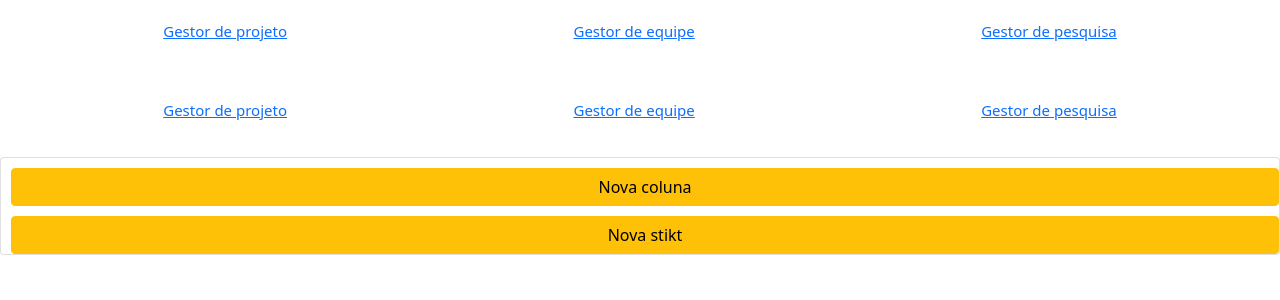
Repository: shadowruge/kanban
Page: index.html
The author's editor kept a copy of each file at every save. The page is drawn from the files as they stood at one save, then again after a run of saves.
The browser window is 1280 px wide. The pictures show the whole page.

Above is the page before, as saved 2021-06-12 20:04:13.

After the next 2 saves:
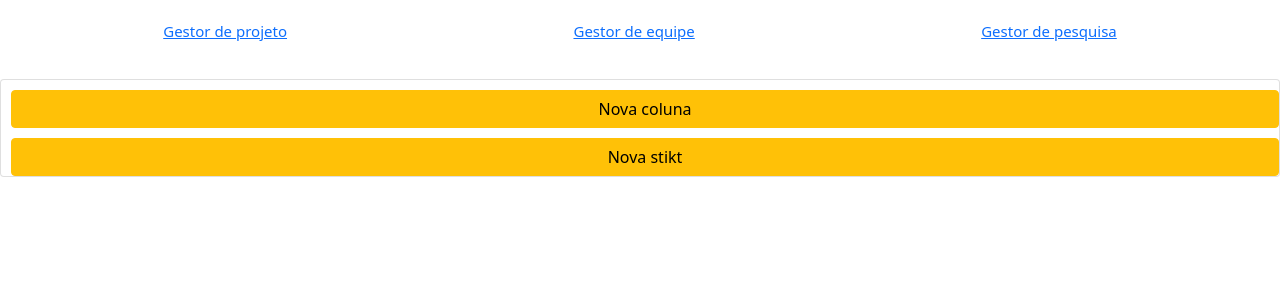
The 2 saves are shown as one change because they came seconds apart.
The last was saved 11 s later.
--- a/index.html
+++ b/index.html
@@ -18,10 +18,7 @@
       <p><a href="#">Gestor de projeto</a></p>
       <p><a href="#">Gestor de equipe</a></p>
       <p><a href="#">Gestor de pesquisa</a></p>
-    </nav><nav class="nav">
-      <p><a href="#">Gestor de projeto</a></p>
-      <p><a href="#">Gestor de equipe</a></p>
-      <p><a href="#">Gestor de pesquisa</a></p>
+
     </nav>
   </header>
   <body>
